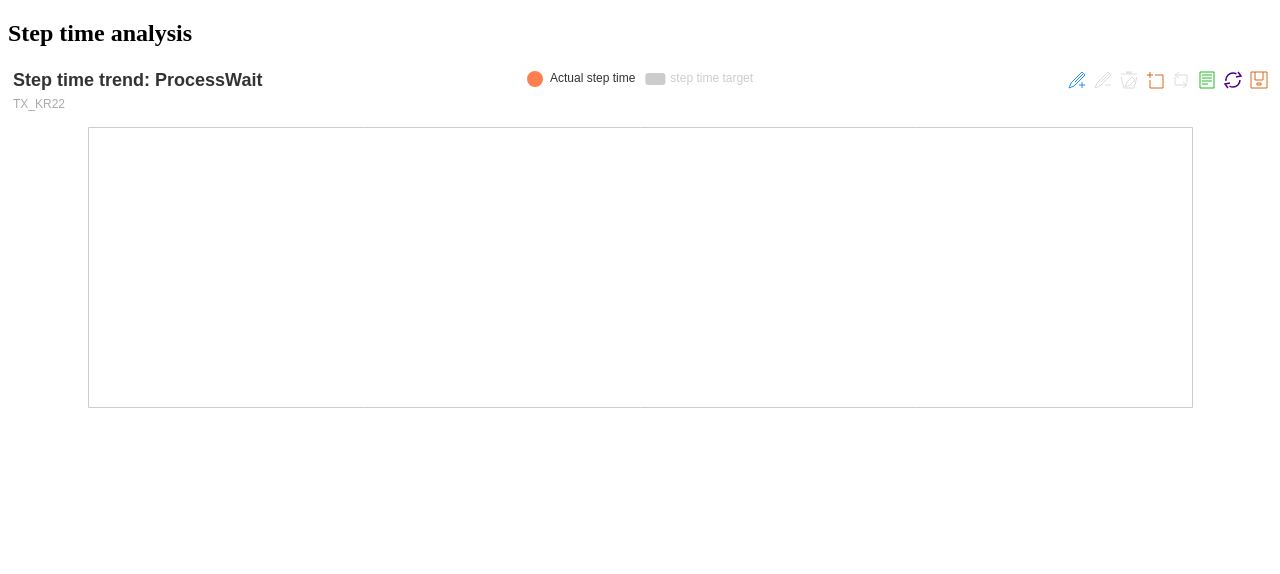
Repository: shutterfly2011/apache
Page: eChartTest/WebContent/StepTimeTrend1.html
These files come from the project's save history. The page is drawn as it stood at one moment and after the next save; the edit follows.
The browser window is 1280 px wide. The pictures show the whole page.

Above is the page before, as saved 2015-10-14 03:08:04.

After the next save:
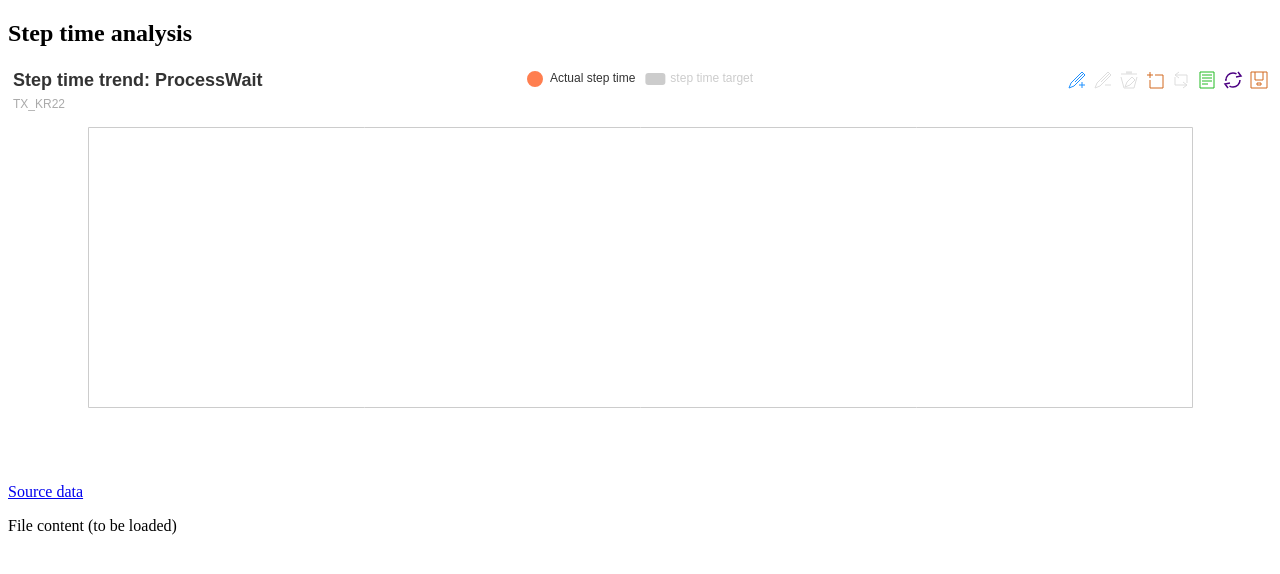
Saved 98 s later.
--- a/eChartTest/WebContent/StepTimeTrend1.html
+++ b/eChartTest/WebContent/StepTimeTrend1.html
@@ -121,7 +121,13 @@
 </head>
 <body>
 	<h2>Step time analysis</h2>
-	<div id="scatterTrendChart" style="height:400px"></div>
-
+	<p>
+		<div id="scatterTrendChart" style="height:400px"></div>
+	</p>
+	<p>
+		<a id="sourceFile" href="../Tx_KR22_24240_1OxFeed.csv">Source data</a>
+	<p>
+		<a id="fileContent">File content (to be loaded)</a>
+	</p>
 </body>
 </html>
